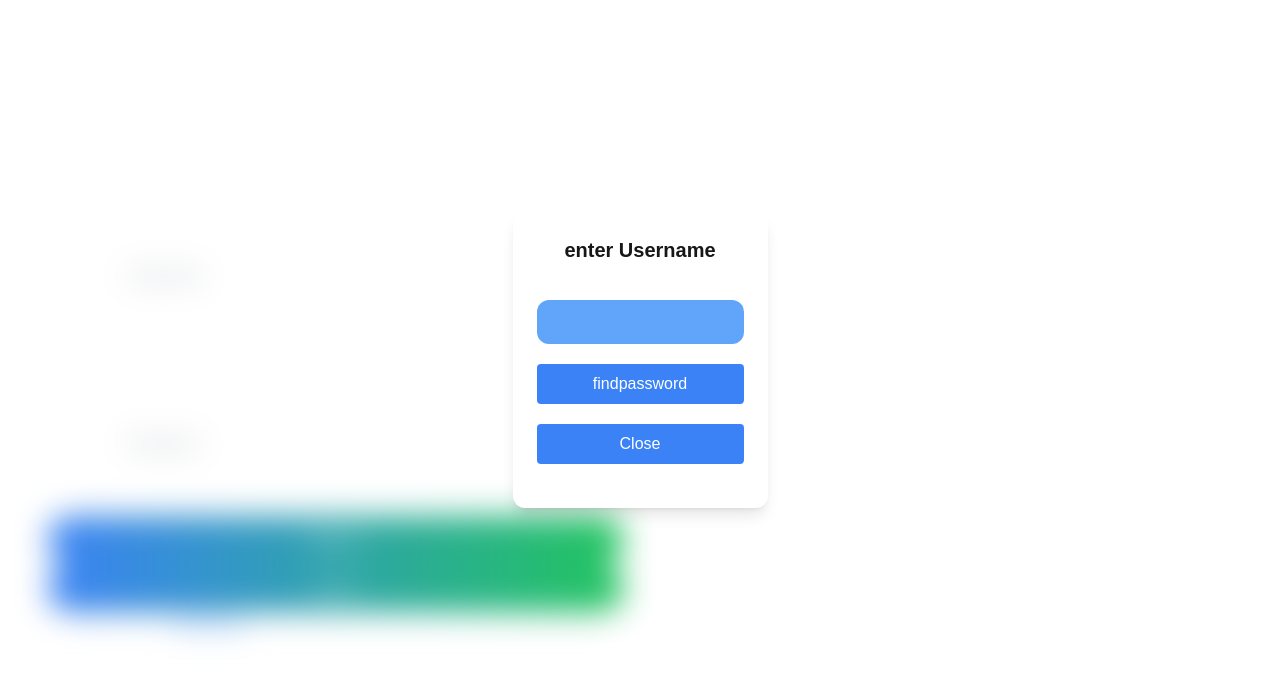
Repository: oxniw/usingmoney
Page: /signin, after clicking the first element matching `span.text-blue-500`
The author's editor kept a copy of each file at every save. The page is drawn from the files as they stood at one save, then again after the next save.
The browser window is 1280 px wide. The pictures show the whole page.
The project was rebuilt for these pictures with package versions that can differ from the ones it lists, and the page was loaded fresh each time. The framework's server and built-in components were replaced by stand-ins that run in the browser. Also part of the build but not shown: next.config.ts. Imported but missing from the stored project, and not drawn on this page: components/ui/wavy-background.

Above is the page before, as saved 2025-04-09 19:23:25.

After the next save:
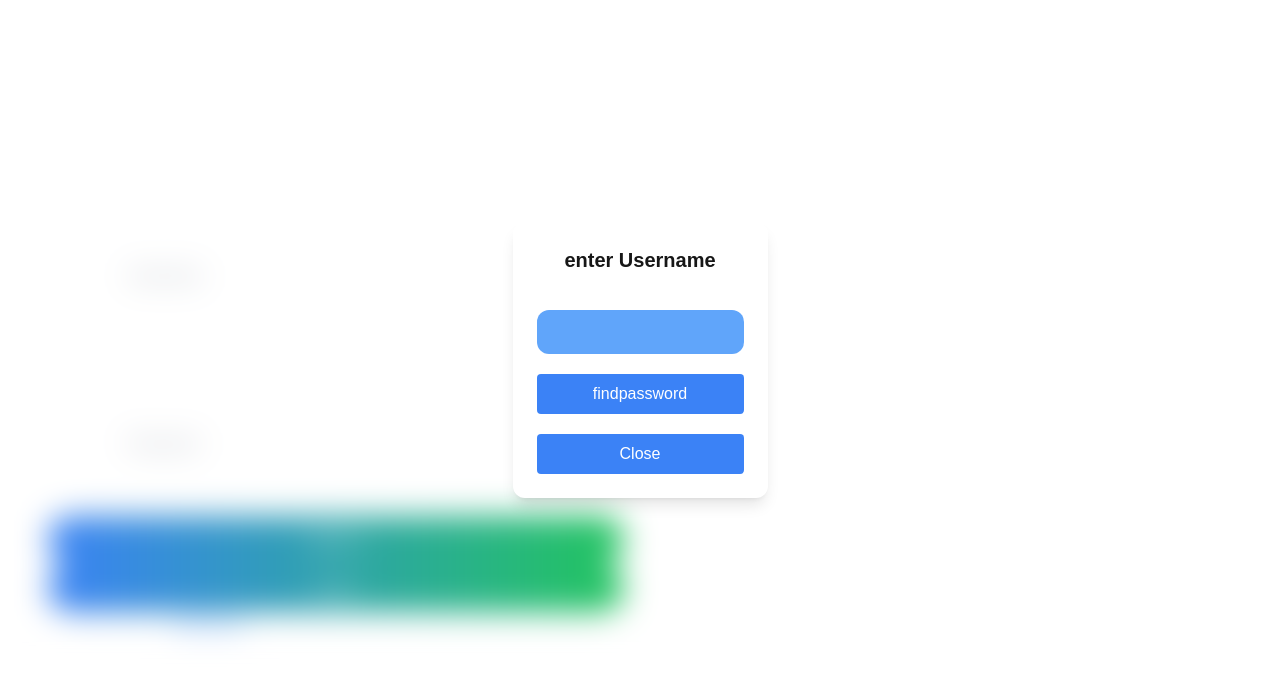
Saved 14 s later.
--- a/src/app/signin/opop.jsx
+++ b/src/app/signin/opop.jsx
@@ -36,7 +36,7 @@ function opoup({ onClose }) {
         >
           Close
         </button>
-        <div>{password !== "incorrect" && <span>{password}</span>}</div>
+
       </div>
     </div>
   )
